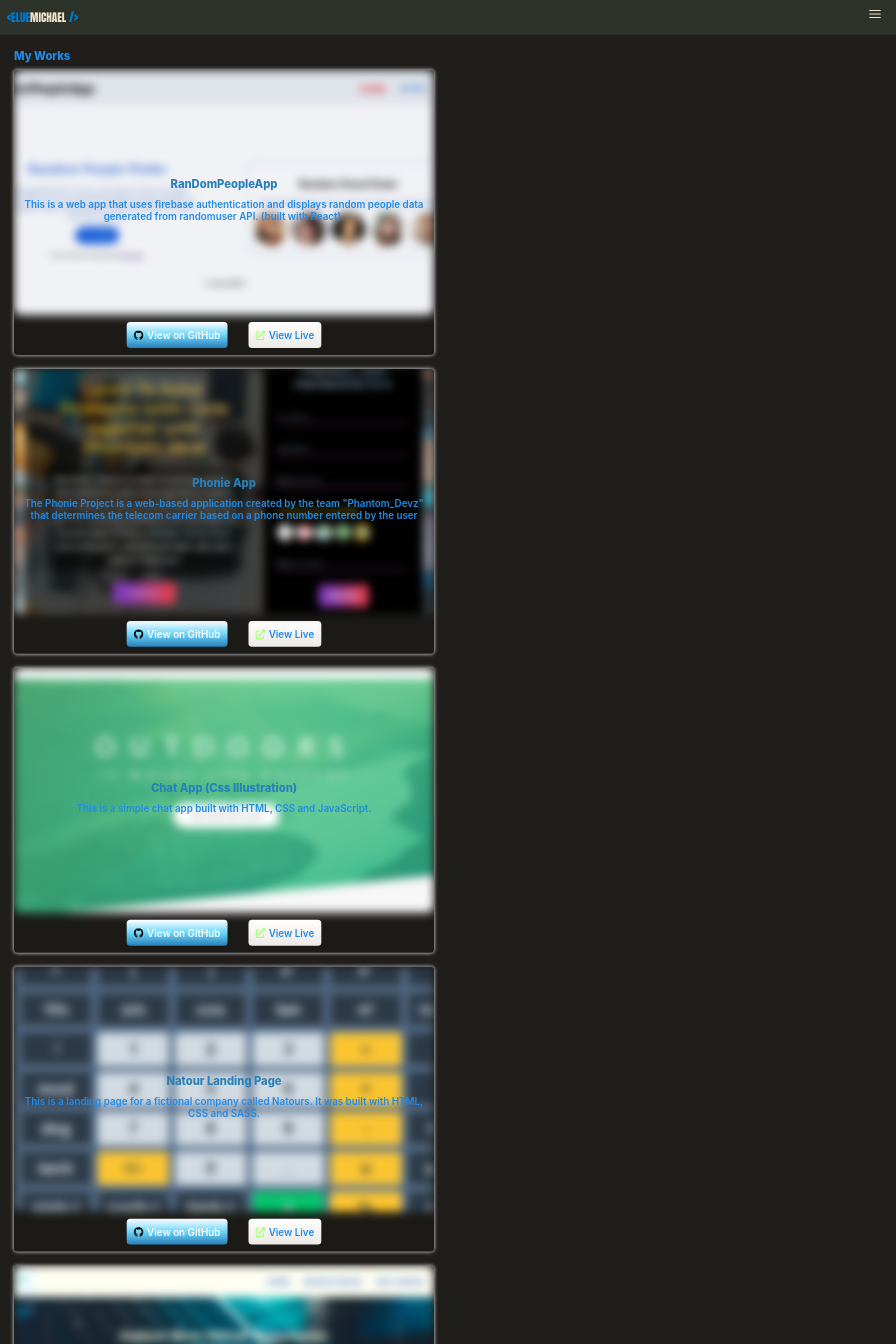
Repository: MikkyPrestige/portfolio
Page: /projects
An editor plug-in stored every save of this project. The page is shown before and after the next save, followed by the edit.
The browser window is 1280 px wide. The pictures show the part of the page from y = 0 to 1920 px (the page is 5651 px tall), at 70% of full size.
The project was rebuilt for these pictures with package versions that can differ from the ones it lists, and the page was loaded fresh each time. Also part of the build but not shown: src/components/avatar.jsx, src/components/home.jsx, src/components/about.jsx, src/components/fallback.jsx.

Above is the page before, as saved 2023-02-21 19:20:40.

### public/index.html
<!DOCTYPE html>
<html lang="en">
  <head>
    <meta charset="utf-8" />
    <link rel="icon" href="%PUBLIC_URL%/favicon.ico" />
    <meta name="viewport" content="width=device-width, initial-scale=1" />
    <meta name="theme-color" content="#000000" />
    <meta
      name="description"
      content="Web site created using create-react-app"
    />
    <link rel="apple-touch-icon" href="%PUBLIC_URL%/logo192.png" />
    <!--
      manifest.json provides metadata used when your web app is installed on a
      user's mobile device or desktop. See https://developers.google.com/web/fundamentals/web-app-manifest/
    -->
    <link rel="manifest" href="%PUBLIC_URL%/manifest.json" />
    <!--
      Notice the use of %PUBLIC_URL% in the tags above.
      It will be replaced with the URL of the `public` folder during the build.
      Only files inside the `public` folder can be referenced from the HTML.

      Unlike "/favicon.ico" or "favicon.ico", "%PUBLIC_URL%/favicon.ico" will
      work correctly both with client-side routing and a non-root public URL.
      Learn how to configure a non-root public URL by running `npm run build`.
    -->
    <title>Elue Michael Portfolio</title>
  </head>
  <body>
    <noscript>You need to enable JavaScript to run this app.</noscript>
    <div id="root"></div>
    <!--
      This HTML file is a template.
      If you open it directly in the browser, you will see an empty page.

      You can add webfonts, meta tags, or analytics to this file.
      The build step will place the bundled scripts into the <body> tag.

      To begin the development, run `npm start` or `yarn start`.
      To create a production bundle, use `npm run build` or `yarn build`.
    -->
  </body>
</html>

### src/assets/styles/sass/main.scss
@import 'abstracts/variables';
@import 'base/utilities';
@import 'base/base';
@import 'layouts/header';
@import 'pages/home';
@import 'pages/about';
@import 'pages/projects';
@import 'base/animation';

// @media (prefers-reduced-motion: no-preference) {
//   .App-logo {
//     animation: App-logo-spin infinite 20s linear;
//   }
// }

// @keyframes App-logo-spin {
//   from {
//     transform: rotate(0deg);
//   }
//   to {
//     transform: rotate(360deg);
//   }
// }

### src/components/layout.jsx
import React from "react";
import { MdClose } from "react-icons/md";
import { FiMenu } from "react-icons/fi";
import { useState } from "react";
import { NavLink } from "react-router-dom";

const Layout = () => {
  return (
    <div>
      <LayoutSmall />
      <LayoutLarge />
    </div>
  );
};

const CustomNavLink = ({ to, ...props }) => {
  let activeStyle = {
    color: "var(--color--green)",
    textDecoration: "underline",
  };

  return (
    <NavLink
      to={to}
      style={({ isActive }) =>
        isActive ? activeStyle : { textDecoration: "none" }
      }
      {...props}
    />
  );
};

const LayoutSmall = () => {
  const [showMenu, setShowMenu] = useState(false);

  const toggleMenu = () => {
    setShowMenu(!showMenu);
  };

  const closeMenu = () => {
    setShowMenu(false);
  };

  return (
    <div className="layout layout--small">
      <header className="layout--header">
        <div className="layout--header__title">
          <h1 className="layout--header__title__content">
            <span className="layout--header__title__content__span">{"<"}</span>
            <span className="layout--header__title__content__span--2">
              ELUE
            </span>
            MICHAEL{" "}
            <span className="layout--header__title__content__span">{"/>"}</span>
          </h1>
        </div>
        <nav className="layout--menu">
          <button className="layout--menu__button" onClick={toggleMenu}>
            {showMenu ? <MdClose /> : <FiMenu />}
          </button>
          <div className={`layout--menu__content ${showMenu ? "show" : ""}`}>
            <ul className="layout--menu__content__list">
              <li>
                <CustomNavLink
                  to="/"
                  onClick={closeMenu}
                  className="layout--menu__content__list__item"
                >
                  <span>#</span>Home
                </CustomNavLink>
              </li>
              <li>
                <CustomNavLink
                  to="/about"
                  onClick={closeMenu}
                  className="layout--menu__content__list__item"
                >
                  <span>#</span>About me
                </CustomNavLink>
              </li>
              <li>
                <CustomNavLink
                  to="/projects"
                  onClick={closeMenu}
                  className="layout--menu__content__list__item"
                >
                  <span>#</span>Projects
                </CustomNavLink>
              </li>
              <li>
                <CustomNavLink
                  to="/contact"
                  onClick={closeMenu}
                  className="layout--menu__content__list__item"
                >
                  <span>#</span>Contact
                </CustomNavLink>
              </li>
            </ul>
          </div>
        </nav>
      </header>
    </div>
  );
};

const LayoutLarge = () => {
  return (
    <div className="layout layout--large">
      <header className="layout--header">
        <div className="layout--title">
          <h1 className="layout--title__content">
            <span className="layout--title__content__span">{"<"}</span>
            <span className="layout--header__title__content__span--2">
              ELUE
            </span>
            MICHAEL<span className="layout--title__content__span">{"/>"}</span>
          </h1>
        </div>
        <div className="layout--menu">
          <ul className="layout--menu__list">
            <li className="layout--menu__list__item">
              <CustomNavLink to="/">Home</CustomNavLink>
            </li>
            <li className="layout--menu__list__item">
              <CustomNavLink to="/about">About me</CustomNavLink>
            </li>
            <li className="layout--menu__list__item">
              <CustomNavLink to="/projects">Projects</CustomNavLink>
            </li>
            <li className="layout--menu__list__item">
              <CustomNavLink to="/contact">Contact</CustomNavLink>
            </li>
          </ul>
        </div>
      </header>
    </div>
  );
};

export { Layout, LayoutSmall, LayoutLarge };

### src/assets/styles/sass/abstracts/_variables.scss
:root {
  --color-primary: #cc4600;
  --color-secondary: #bb45cb;
  --color-tertiary: #eefff8;

  // MARK UP
  --color--markup: #FF8303;
  // TEXT
  --color--text: #F0E3CA;

  // BACKGROUND
  --color--bg: #2D322A;
  --color--bg-light: #242320;
  --color--bg-dark: #1B1A17;
  --color--bg-dark-2: #1F1E1B;
  //DARK
  --color--dark: rgba(22, 22, 22, 1);
  --color--dark-1: rgba(34, 34, 34, 1);
  --color--dark-2: rgba(45, 45, 45, 1);
  --color--dark-3: rgba(51, 51, 51, 1);
  --color--dark-4: rgba(189, 189, 189, 1);
  //WHITE
  --color--white: rgba(255, 255, 255, 1);
  --color--white-1: rgba(240, 227, 202, 1);
  --color--white-2: #ece9e6;
  --color--white-op: rgba(240, 227, 202, 0.76);

  // GRAY
  --color--gray: #ABB2BF;

  --light-blue: rgba(97, 218, 251, 1);
  --light-blue--1: #3bc9db;
  --light-blue--2: #6dd5fa;
  --dark-blue: rgba(0, 122, 204, 1);
  --dark-blue--1: #2980b9;
  --blue-cyan: #228be6;
  --dark-blue-op: rgba(6, 6, 7, 0.82);

  --color--green: rgba(131, 205, 41, 1);

  //Font size
  --font-size: 1rem;
  --font-size--small: 1.2rem;
  --font-size--medium: 1.4rem;
  --font-size--large: 1.6rem;
  --font-size--x-large: 1.8rem;
  --font-size--xx-large: 2rem;
  // ICON FONTS
  --font-size--icon: 3rem;
  --font-size--icon-1: 3.5rem;
  --font-size--icon-2: 4rem;


  //Font family
  --font-family: 'Roboto', sans-serif;
  --font--family--primary: 'Inter', sans-serif;
  --font-family--secondary: 'Inconsolata', monospace;
  --font-family--tertiary: 'Impact', sans-serif;
  --font-family--2: 'Fira Code', monospace;

  // FONT WEIGHT
  --font-weight--light: 300;
  --font-weight--regular: 400;
  --font-weight--medium: 600;
  --font-weight--bold: 800;
  --font-weight--boldest: 900;
}

### src/assets/styles/sass/base/_utilities.scss
.github-link-bg {
  background: linear-gradient(to top, var(--dark-blue--1), var(--light-blue--2), var(--color--white));
}

.live-link-bg {
  background: linear-gradient(to top, var(--color--white-2), var(--color--white));
}

.blue-markup {
  color: var(--blue-cyan) !important;
}

### src/assets/styles/sass/base/_base.scss
*,
*::after,
*::before {
  margin: 0;
  padding: 0;
  box-sizing: border-box;
}

html {
  font-size: 62.5%;
  font-family: var(--font-family);
  color: var(--color-white);
  background-color: var(--color--bg);
}

::selection {
  background-color: var(--color-primary);
  color: var(--color-white);
}

### src/assets/styles/sass/layouts/_header.scss
.layout {
  width: 100%;
  height: 5rem;

  &--header {
    display: flex;
    justify-content: space-between;
    align-items: center;
    padding: 1rem;

    &__title {
      text-align: center;

      &__content {
        color: var(--color--text);
        font-family: var(--font-family--tertiary);
        font-size: var(--font-size--large);
        font-weight: var(--font-weight--regular);
        position: absolute;
        z-index: 1000;

        &__span {
          color: var(--dark-blue);
          font-size: var(--font-size--x-large);

          &--2 {
            color: var(--dark-blue);
          }
        }
      }
    }
  }

  &--menu {
    position: relative;

    &__button {
      position: fixed;
      top: 1rem;
      right: 2rem;
      z-index: 10;
      background-color: var(--color--bg);
      color: var(--color--text);
      border: none;
      font-size: var(--font-size--xx-large);
      font-weight: var(--font-weight--bold);
      cursor: pointer;
    }

    &__content {
      position: fixed;
      top: 0;
      right: 0;
      width: 0;
      max-width: 100%;
      height: 85%;
      background-color: var(--color--bg-dark);
      z-index: 5;
      overflow: hidden;

      &.show {
        width: 100%;
        transition: all 1s ease-in-out;
        -webkit-transition: all 1s ease-in-out;
        -moz-transition: all 1s ease-in-out;
        -ms-transition: all 1s ease-in-out;
        -o-transition: all 1s ease-in-out;
      }

      &__list {
        list-style: none;
        display: flex;
        flex-direction: column;
        justify-content: center;
        align-items: center;
        gap: 5rem;
        padding: 0;
        margin-top: 8rem;

        &__item {
          color: var(--dark-blue);
          font-family: var(--font-family--secondary);
          font-size: var(--font-size--large);
          font-weight: var(--font-weight--bold);
          font-style: normal;
          text-transform: capitalize;
          cursor: pointer;
          transition: all 1s ease-in-out;
          -webkit-transition: all 1s ease-in-out;
          -moz-transition: all 1s ease-in-out;
          -ms-transition: all 1s ease-in-out;
          -o-transition: all 1s ease-in-out;

          &:hover,
          &:active {
            color: var(--color--text);
          }

          span {
            color: var(--color--white-1);
          }
        }
      }
    }
  }


  &--large {
    display: none;
  }
}

### src/assets/styles/sass/pages/home.scss
.home {
  width: 100%;
  height: 100vh;
  background: radial-gradient(100% 100% at 50% 100%, var(--color--bg-dark-2) 21.52%, var(--color--bg-dark) 100%);

  &--contents {
    display: flex;
    flex-direction: column;
    justify-content: center;
    align-items: center;
    padding: 3rem 5rem;
    gap: 3rem;
  }

  &--content {
    display: flex;
    flex-direction: column;
    align-items: flex-start;
    padding: 0;
    gap: .5rem;

    &__title {
      font-family: var(--font-family--secondary);
      font-size: var(--font-size--x-large);
      font-weight: var(--font-weight--boldest);
      color: var(--dark-blue);
    }

    &__subtitle {
      font-family: var(--font-family--secondary);
      font-size: var(--font-size--large);
      font-weight: var(--font-weight--bold);
      color: var(--color--text);
    }

    &__desc {
      font-family: var(--font-family--secondary);
      font-size: var(--font-size--small);
      font-weight: var(--font-weight--regular);
      color: var(--color--white-1);
    }
  }

  &--avatar {
    border-radius: 5%;
    -webkit-border-radius: 5%;
    -moz-border-radius: 5%;
    -ms-border-radius: 5%;
    -o-border-radius: 5%;
    background-image: radial-gradient(circle, var(--blue-cyan) 5%, var(--light-blue--1) 95%);
  }
}

### src/assets/styles/sass/pages/_about.scss
.about {
  width: 100%;
  height: 100%;
  background-color: var(--color--bg-dark-2);
  color: var(--color--gray);

  &--wrapper {
    display: flex;
    flex-direction: column;
    justify-content: center;
    align-items: center;
    gap: 1rem;
  }

  &--desc {
    padding: 5rem;
    display: flex;
    flex-direction: column;
    justify-content: center;
    align-items: center;
    gap: 5rem;
  }

  &--img {
    position: relative;

    &__content1 {
      width: 3rem;
      height: 3rem;
      position: absolute;
      top: 0;
      left: 0;
      background: var(--dark-blue);
      transform: rotate(51.88deg);
    }

    &__content2 {
      width: 3rem;
      height: 3rem;
      position: absolute;
      top: 0;
      left: 0;
      background: var(--color--white-op);
    }
  }

  &--content {
    display: flex;
    flex-direction: column;
    justify-content: center;
    align-items: flex-start;
    gap: 2rem;
    font-family: var(--font-family--2);

    &__title {
      line-height: 2;

      &__head {
        font-size: var(--font-size--x-large);
        font-weight: var(--font-weight--medium);
      }

      &__span {
        color: var(--dark-blue);
      }

      &__subhead {
        font-size: var(--font-size--medium);
        font-weight: var(--font-weight--regular);
      }
    }

    &__text {
      padding-left: 3rem;
      line-height: 1.5;
      color: var(--color--text);

      &__head {
        font-size: var(--font-size--large);
        font-weight: var(--font-weight--regular);

        &__name {
          color: var(--blue-cyan);
          font-weight: var(--font-weight--medium);
        }
      }

      &__desc {
        font-size: var(--font-size--small);
        font-weight: var(--font-weight--regular);
      }
    }
  }

  &--skills {
    display: flex;
    flex-direction: column;
    justify-content: center;
    align-items: center;
    gap: 2rem;

    &__title__head {
      font-size: var(--font__title -size--x-large);
      font-weight: var(--font-weight--medium);
      color: var(--dark-blue);
      text-transform: capitalize;
    }

    &__icon {
      font-size: var(--font-size--medium);
      color: var(--color--white-1);
    }

    &__content {
      display: flex;
      flex-direction: column;
      align-items: flex-start;
      gap: 2rem;
      padding: 0;
      width: 100%;

      &__items {
        display: grid;
        grid-template-columns: repeat(2, 1fr);
        gap: 2rem 5rem;
        width: 100%;
        padding: 1rem 3rem;
        border-radius: 1rem;
        background-color: var(--color--bg-dark);

        &__card {
          display: flex;
          flex-direction: column;
          justify-content: center;
          align-items: center;
          padding: 1rem;
          width: 10rem;
          border-radius: 1rem;
          -webkit-border-radius: 1rem;
          -moz-border-radius: 1rem;
          -ms-border-radius: 1rem;
          -o-border-radius: 1rem;

          &__icon {
            font-size: var(--font-size--icon-2);
          }

          &__text {
            font-family: var(--font-family--secondary);
            font-size: var(--font-size--medium);
            font-weight: var(--font-weight--medium);
            color: var(--color--white-1);
          }
        }
      }
    }
  }
}

### src/assets/styles/sass/pages/_projects.scss
.project {
  padding: 2rem;
  background-color: var(--color--bg-dark-2);

  &--title {
    font-family: var(--font--family--secondary);
    font-size: var(--font-size--large);
    font-weight: var(--font-weight--bold);
    color: var(--blue-cyan);
    margin-bottom: 1rem;
  }

  &--wrapper {
    display: grid;
    grid-template-columns: repeat(1, 1fr);
    gap: 2rem;
    width: 100%;
  }

  &--card {
    background-color: var(--color--bg-dark);
    // margin: auto;
    padding: 1rem;
    border-radius: 0.5rem;
    box-shadow: 0 0 0.5rem 0.1rem var(--color--dark-4);
    transition: all 0.3s ease-in-out;
    position: relative;
    display: flex;
    flex-direction: column;
    justify-content: center;
    align-items: center;
    // height: 100%;
    max-width: 60rem;
    overflow-y: hidden;

    &:hover {
      transform: translateY(-0.5rem);
      box-shadow: 0 0 0.5rem 0.1rem var(--color--dark-4);
    }

    &__blur {
      position: absolute;
      top: 0;
      left: 0;
      width: 100%;
      height: 35rem;
      border-radius: 1rem;
      background-size: cover;
      background-position: center;
      background-repeat: no-repeat;
      filter: blur(0.7rem);
      //z-index: 1;

      &-1 {
        background-image: url(../../../images/randomApp.jpeg);
      }

      &-2 {
        background-image: url(../../../images/phonieApp.jpeg);
      }

      &-3 {
        background-image: url(../../../images/natours.jpeg);
      }

      &-4 {
        background-image: url(../../../images/calculator.jpeg);
      }

      &-5 {
        background-image: url(../../../images/repoApp.jpeg);
      }

      &-6 {
        background-image: url(../../../images/fylo.jpeg);
      }

      &-7 {
        background-image: url(../../../images/orderCard.jpeg);
      }

      &-8 {
        background-image: url(../../../images/phonyApp.jpeg);
      }

      &-9 {
        background-image: url(../../../images/ratingApp.jpeg);
      }

      &-10 {
        background-image: url(../../../images/chatAppCss.jpeg);
      }

      &-11 {
        background-image: url(../../../images/trillo.jpeg);
      }

      &-12 {
        background-image: url(../../../images/statsCard.jpeg);
      }

      &-13 {
        background-image: url(../../../images/phonyApp.jpeg);
      }

      &-14 {
        background-image: url(../../../images/shoebrand.jpeg);
      }
    }

    &__content {
      height: 35rem;
      width: 100%;
      display: flex;
      flex-direction: column;
      justify-content: center;
      align-items: center;
      gap: 1rem;
      position: relative;
      top: 0;
      left: 0;
      // z-index: 10;

      &__title {
        font-family: var(--font--family--secondary);
        font-size: var(--font-size--large);
        font-weight: var(--font-weight--bold);
        color: var(--dark-blue--1);
      }

      &__desc {
        font-family: var(--font--family--secondary);
        font-size: var(--font-size--medium);
        font-weight: var(--font-weight--medium);
        color: var(--blue-cyan);
        text-align: center;
      }
    }

    &__links {
      display: flex;
      align-items: center;
      gap: 3rem;

      &__link {
        text-decoration: none;
        padding: 1rem;
        border-radius: 0.5rem;
        font-family: var(--font--family--secondary);
        font-size: var(--font-size--medium);
        font-weight: var(--font-weight--medium);
        color: var(--color--white);
        transition: all 0.3s ease-in-out;
        display: inline-flex;
        align-items: center;
        gap: .5rem;

        &:hover,
        &:focus {
          outline: none;
          animation: Heartbeat 1s infinite;
          -webkit-animation: Heartbeat 1s infinite;
}
      }
    }
  }
}

### src/assets/styles/sass/base/_animation.scss
//  INFINITE HEARTBEAT PAUSE ANIMATION

@keyframes Heartbeat {
  0% {
    transform: scale(1);
    -webkit-transform: scale(1);
    -moz-transform: scale(1);
    -ms-transform: scale(1);
    -o-transform: scale(1);
  }

  50% {
    transform: scale(1.05);
    -webkit-transform: scale(1.05);
    -moz-transform: scale(1.05);
    -ms-transform: scale(1.05);
    -o-transform: scale(1.05);
  }

  100% {
    transform: scale(1);
    -webkit-transform: scale(1);
    -moz-transform: scale(1);
    -ms-transform: scale(1);
    -o-transform: scale(1);
  }
}

Loaded but not shown: src/index.css (common file); src/reportWebVitals.js (common file); src/index.js (21 lines, source omitted); src/App.js (22 lines, source omitted); src/components/projects.jsx (437 lines, source omitted)

After the next save:
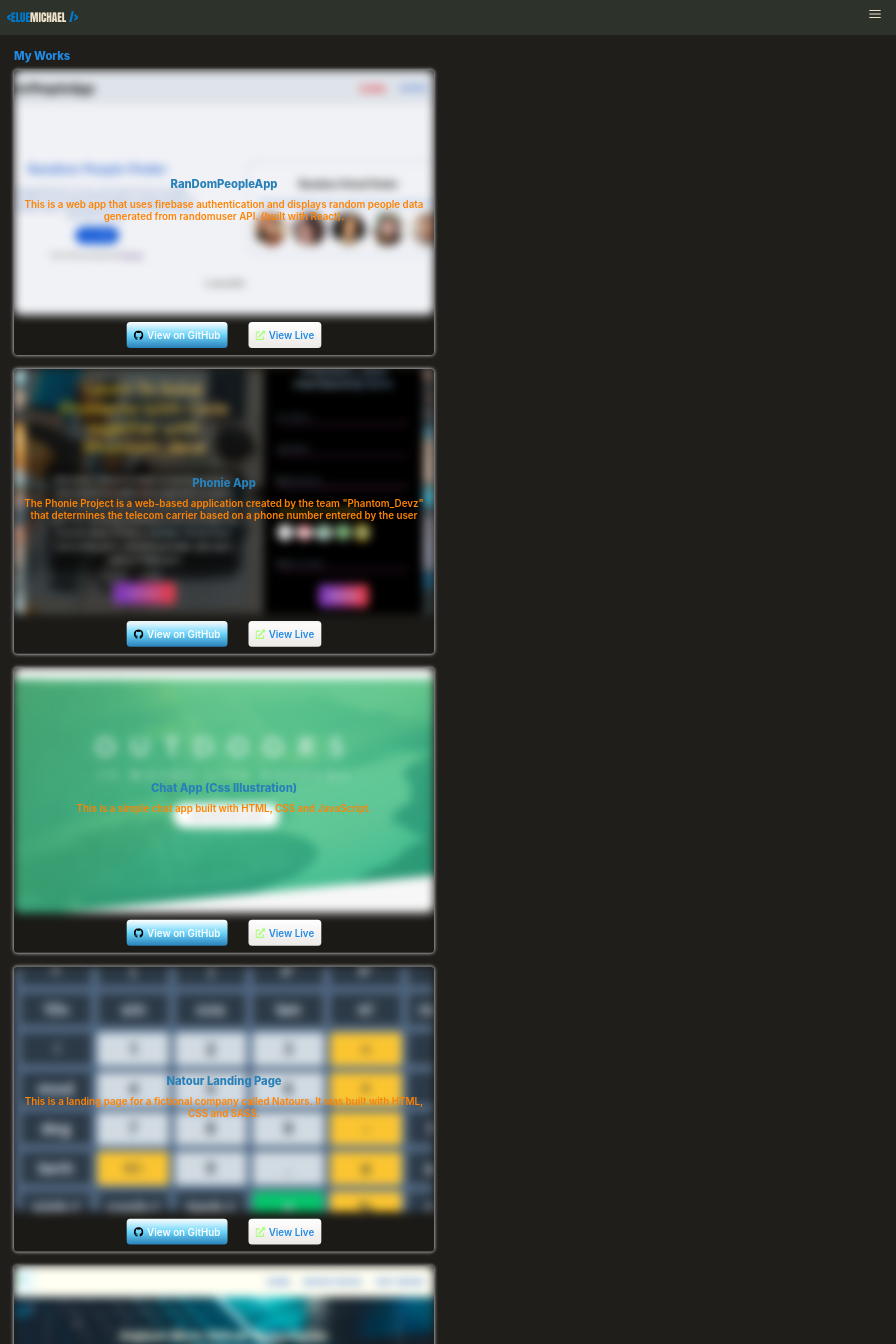
Saved 16 s later.
--- a/src/assets/styles/sass/pages/_projects.scss
+++ b/src/assets/styles/sass/pages/_projects.scss
@@ -132,7 +132,7 @@
         font-family: var(--font--family--secondary);
         font-size: var(--font-size--medium);
         font-weight: var(--font-weight--medium);
-        color: var(--blue-cyan);
+        color: var(--color--markup);
         text-align: center;
       }
     }
